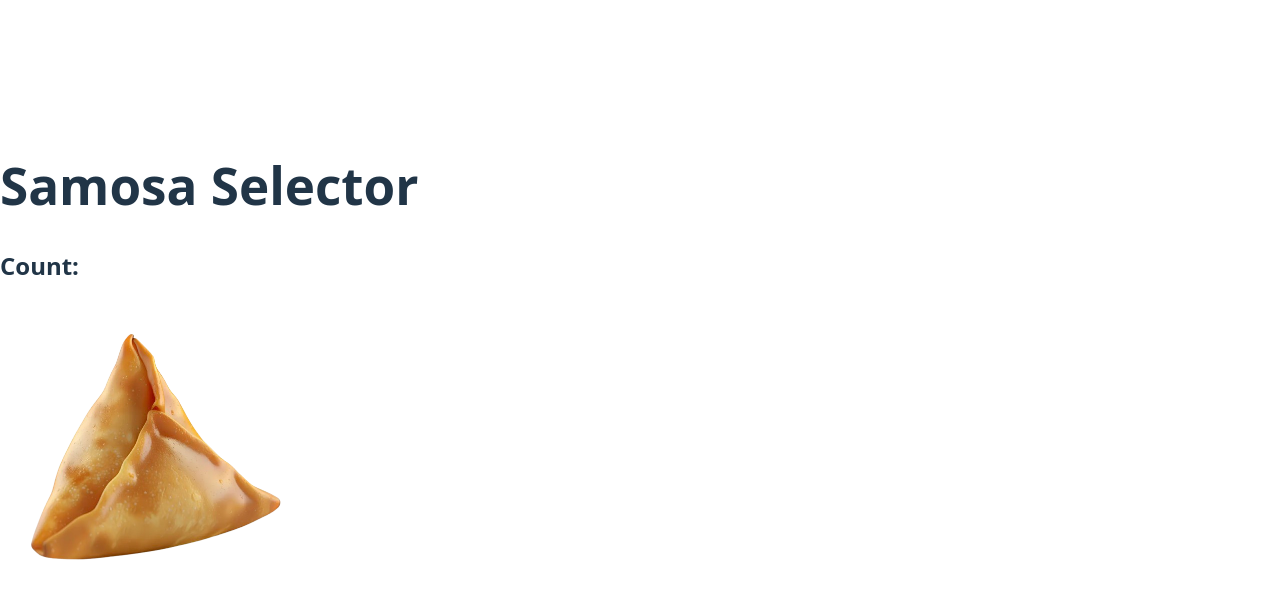
Repository: kvi1/Web102-Labs
Page: / (app in samosa-selector/)
These files come from the project's save history. The page is drawn as it stood at one moment and after the next save; the edit follows.
The browser window is 1280 px wide. The pictures show the whole page.
The project was rebuilt for these pictures with package versions that can differ from the ones it lists, and the page was loaded fresh each time. Also part of the build but not shown: samosa-selector/vite.config.js.

Above is the page before, as saved 2025-03-01 14:06:51.

### samosa-selector/src/App.jsx
import './App.css';
import samosa from './samosa.png'

const App = () => {
  return(
    <div className = "App">
      <div className = "header">
        <h1>Samosa Selector</h1>
        <h2>Count: </h2>
        <img className = "samosa" src = {samosa}></img>

      </div>
    </div>
  )
}

export default App

### samosa-selector/src/App.css
.App .samosa{
  height: 15em;
  padding: 1.5em;
  margin: 0 auto;
  text-align: center;
}

Loaded but not shown: samosa-selector/index.html (common file); samosa-selector/src/main.jsx (common file); samosa-selector/src/index.css (common file)

After the next save:
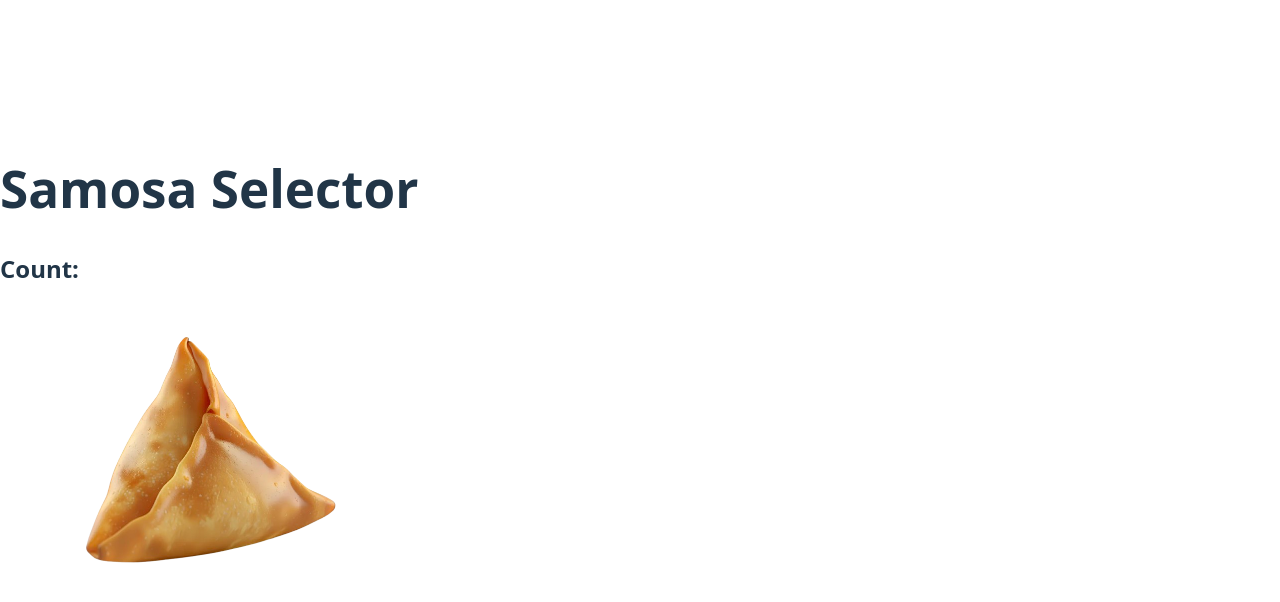
Saved 11 s later.
--- a/samosa-selector/src/App.css
+++ b/samosa-selector/src/App.css
@@ -1,4 +1,6 @@
 .App .samosa{
+  display:flex;
+  justify-content: center;
   height: 15em;
   padding: 1.5em;
   margin: 0 auto;

After the save that followed:
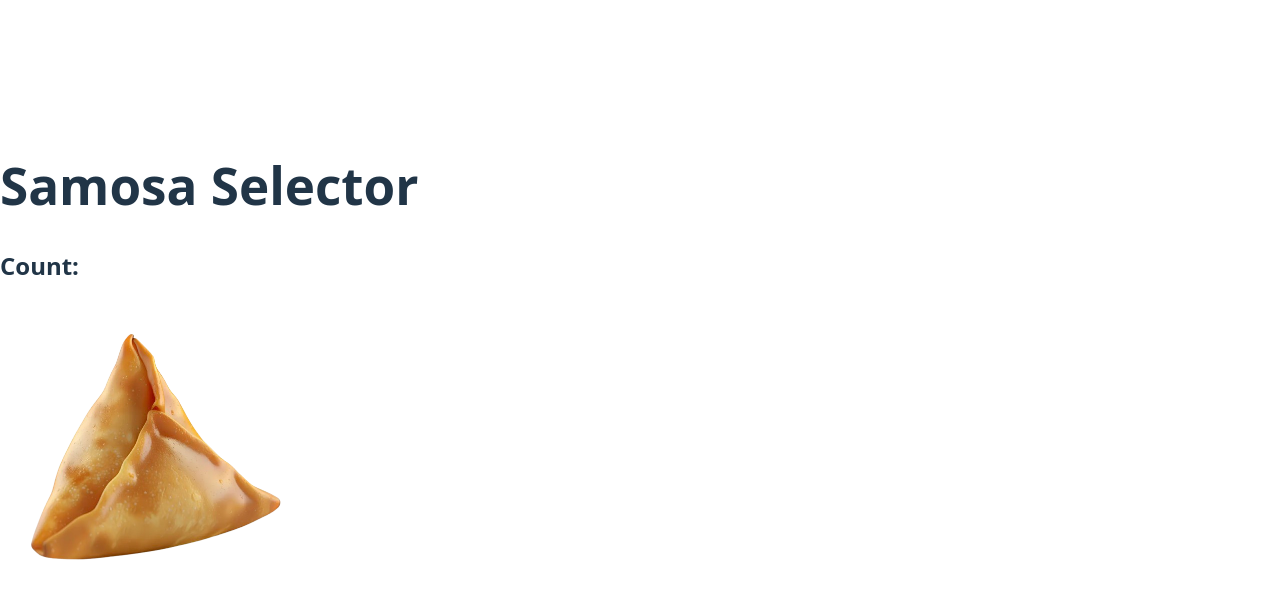
Saved 21 s later.
--- a/samosa-selector/src/App.css
+++ b/samosa-selector/src/App.css
@@ -1,6 +1,4 @@
 .App .samosa{
-  display:flex;
-  justify-content: center;
   height: 15em;
   padding: 1.5em;
   margin: 0 auto;
